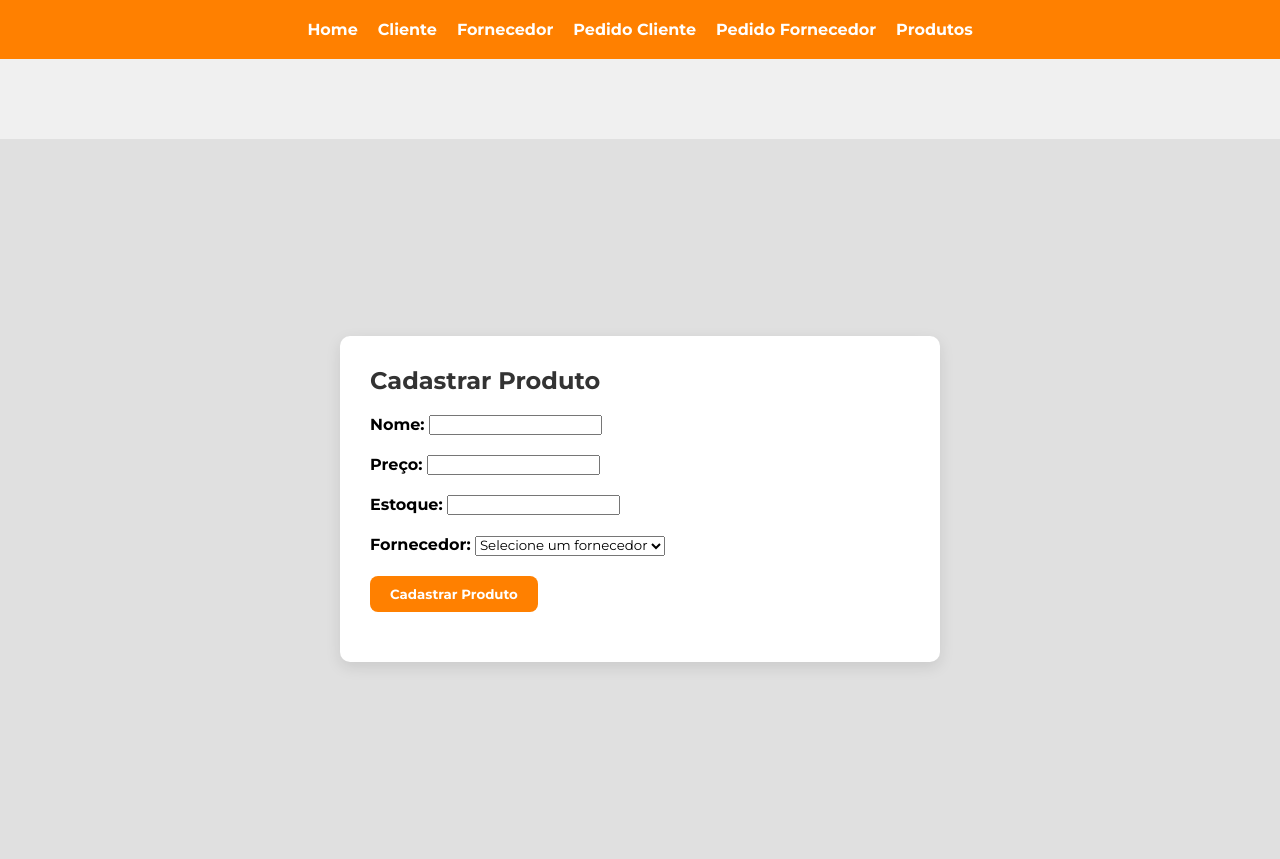
Repository: walterdmp/JavaWeb_BartoBotinas
Page: http://localhost/BartoBotinas/cadastrarProduto.jsp
An editor plug-in stored every save of this project. The page is shown before and after the next save, followed by the edit.
The browser window is 1280 px wide. The pictures show the whole page.
The page is served by Tomcat 9. The template is opened directly, without the code that normally fills it, so the values that code supplies are empty.

Above is the page before, as saved 2024-07-30 22:33:19.

After the next save:
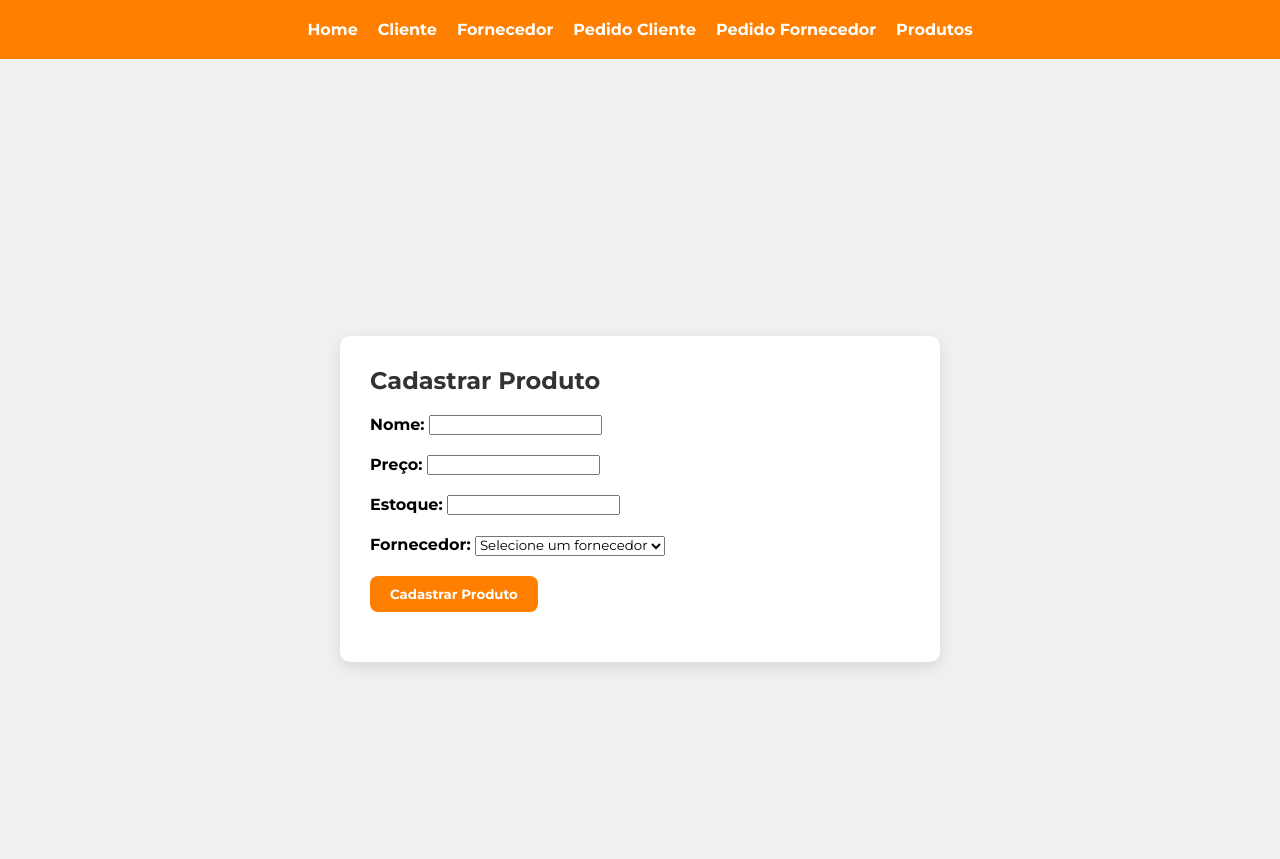
Saved 8 min 8 s later.
--- a/BartoBotinas/WebContent/css/estilo.css
+++ b/BartoBotinas/WebContent/css/estilo.css
@@ -43,7 +43,6 @@
 	display: flex;
 	justify-content: center;
 	align-items: center;
-	background-color: #e0e0e0;
 	width: 100%;
 	height: 100vh;
 	padding: 20px;

After the save that followed:
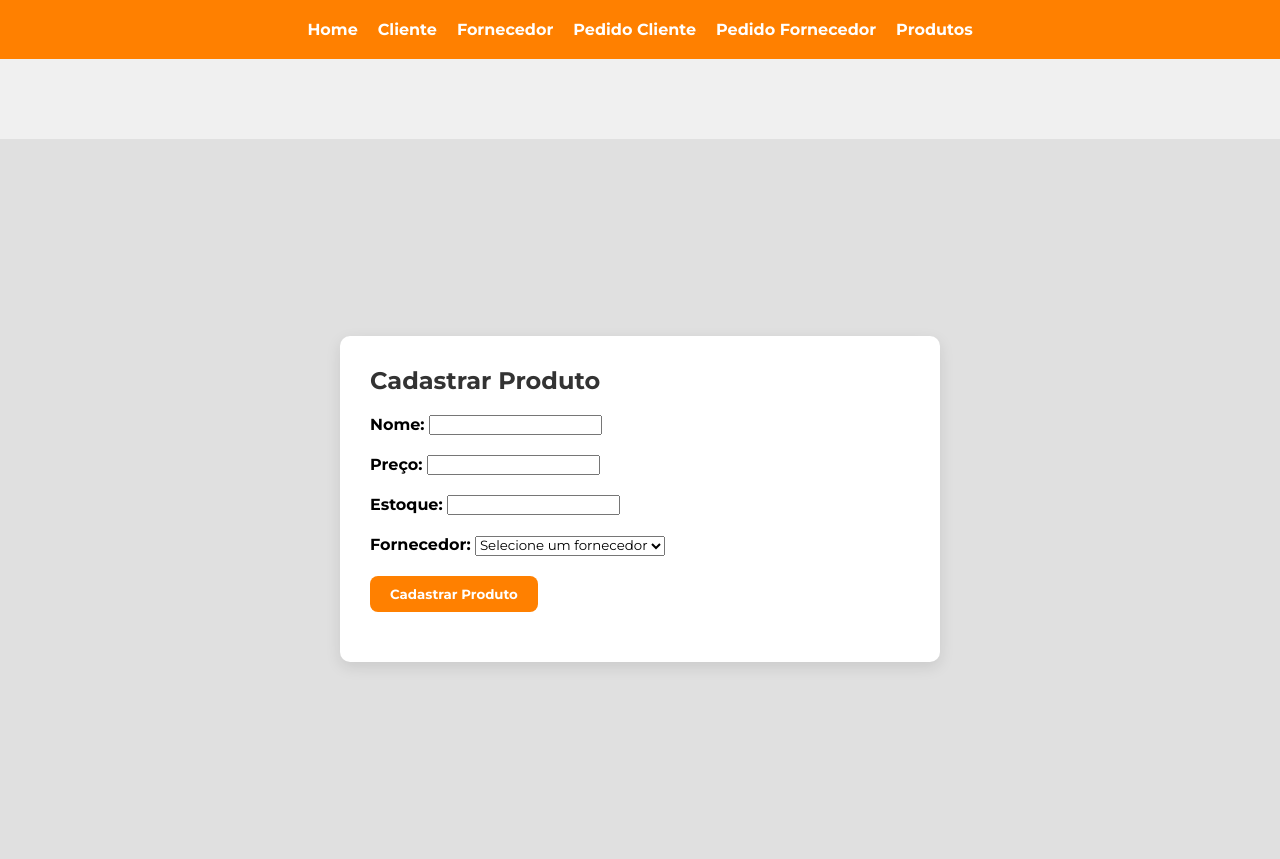
Saved 21 s later.
--- a/BartoBotinas/WebContent/css/estilo.css
+++ b/BartoBotinas/WebContent/css/estilo.css
@@ -43,6 +43,7 @@
 	display: flex;
 	justify-content: center;
 	align-items: center;
+	background-color: #e0e0e0;
 	width: 100%;
 	height: 100vh;
 	padding: 20px;
